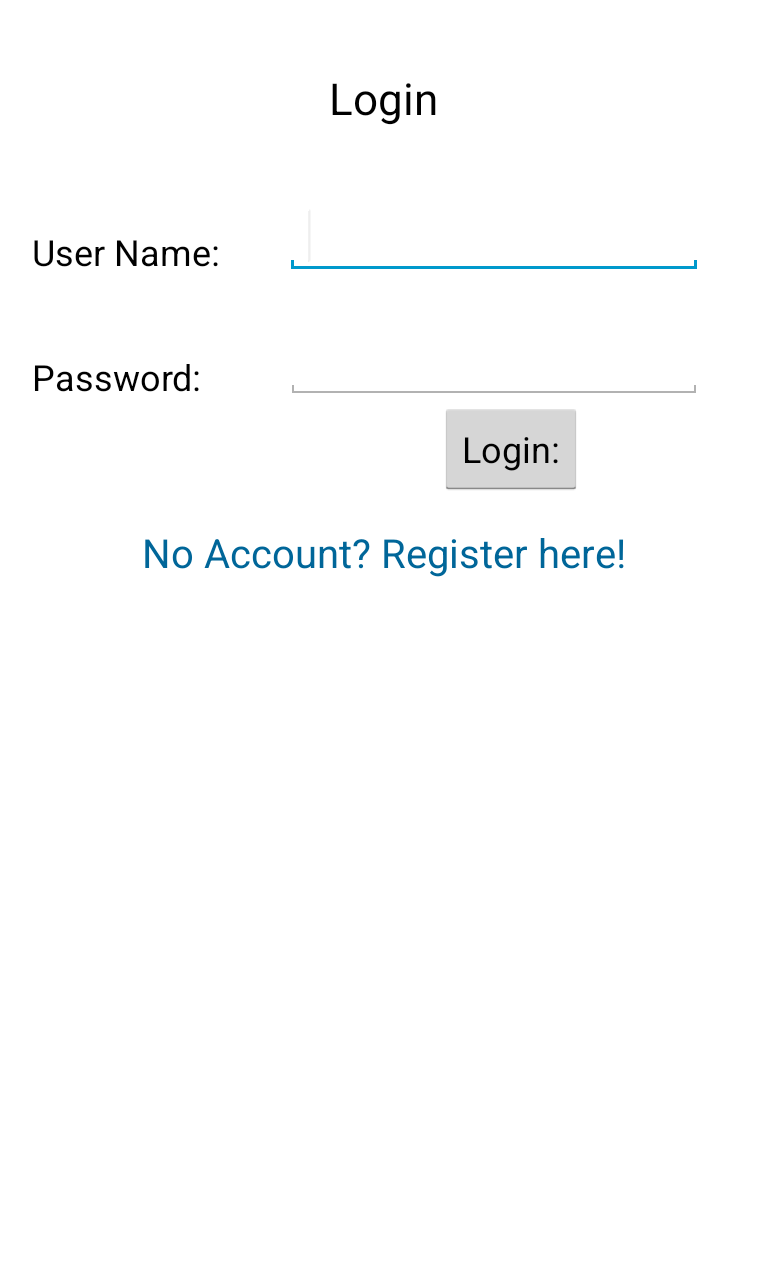
Repository: chrisberry/WebAPIWithAndroidUI
Layout: PeopleAPIAndroid/PeopleAPI/res/layout/login_main.xml
An editor plug-in stored every save of this project. The layout is shown before and after the next save, followed by the edit.
It is drawn on a 768 x 1280 px phone screen (xhdpi) without system bars, with theme AppTheme; the app's code is not run.

Above is the layout before, as saved 2014-02-11 18:26:57.

### PeopleAPIAndroid/PeopleAPI/res/layout/login_main.xml
<RelativeLayout xmlns:android="http://schemas.android.com/apk/res/android"
    xmlns:tools="http://schemas.android.com/tools"
    android:layout_width="match_parent"
    android:layout_height="match_parent"
    android:paddingBottom="@dimen/activity_vertical_margin"
    android:paddingLeft="@dimen/activity_horizontal_margin"
    android:paddingRight="@dimen/activity_horizontal_margin"
    android:paddingTop="@dimen/activity_vertical_margin" android:onClick="editActions"
    tools:context=".LoginMainActivity" >
    <TextView
      android:id="@+id/textView1"
      android:layout_width="wrap_content"
      android:layout_height="wrap_content"
      android:layout_alignParentTop="true"
      android:layout_centerHorizontal="true"
      android:layout_marginTop="18dp"
      android:text="@string/login_tile"
      android:textAppearance="?android:attr/textAppearanceLarge" />

   <TextView
      android:id="@+id/textView2"
      android:layout_width="wrap_content"
      android:layout_height="wrap_content"
      android:layout_alignParentLeft="true"
      android:layout_below="@+id/textView1"
      android:layout_marginTop="50dp"
      android:text="@string/username"

      android:textAppearance="?android:attr/textAppearanceMedium" />

   <EditText
      android:id="@+id/editText1"
      android:layout_width="wrap_content"
      android:layout_height="wrap_content"
      android:layout_alignBottom="@+id/textView2"
      android:layout_marginLeft="32dp"

      android:layout_toRightOf="@+id/textView2"
      android:ems="10" >

      <requestFocus />
   </EditText>

   <TextView
      android:id="@+id/textView3"
      android:layout_width="wrap_content"
      android:layout_height="wrap_content"
      android:layout_alignLeft="@+id/textView2"
      android:layout_below="@+id/textView2"
      android:layout_marginTop="38dp"
      android:text="@string/password"
      android:textAppearance="?android:attr/textAppearanceMedium" />

   <EditText
      android:id="@+id/editText2"
      android:layout_width="wrap_content"
      android:layout_height="wrap_content"
      android:layout_alignBottom="@+id/textView3"
      android:layout_alignLeft="@+id/editText1"
      android:ems="10"
      android:inputType="textPassword" />

    <Button
        android:id="@+id/button1"
        android:layout_width="wrap_content"
        android:layout_height="wrap_content"
        android:layout_below="@+id/editText2"
        android:layout_toRightOf="@+id/textView1"
        android:onClick="login"
        android:text="@string/login" />

    <TextView
        style="@style/CodeFont"
        android:layout_width="wrap_content"
        android:layout_height="wrap_content"
        android:layout_below="@+id/button1"
        android:layout_centerHorizontal="true"
        android:layout_marginTop="14dp"
        android:onClick="showRegister"
        android:text="@string/register_prompt"
        android:textSize="20sp" />

</RelativeLayout>

### PeopleAPIAndroid/PeopleAPI/res/values/styles.xml
<resources>

    <!--
        Base application theme, dependent on API level. This theme is replaced
        by AppBaseTheme from res/values-vXX/styles.xml on newer devices.


    -->
    <style name="AppBaseTheme" parent="android:Theme.Light">
        <!--
            Theme customizations available in newer API levels can go in
            res/values-vXX/styles.xml, while customizations related to
            backward-compatibility can go here.


        -->
    </style>

    <!-- Application theme. -->
    <style name="AppTheme" parent="AppBaseTheme">
        <!-- All customizations that are NOT specific to a particular API-level can go here. -->

    </style>

    <style name="CodeFont" parent="@android:style/TextAppearance.Medium">
        <item name="android:layout_width">fill_parent</item>
        <item name="android:layout_height">wrap_content</item>
        <item name="android:textColor">#006699</item>
        <item name="android:typeface">sans</item>
    </style>

</resources>

### PeopleAPIAndroid/PeopleAPI/res/values/strings.xml
<?xml version="1.0" encoding="utf-8"?>
<resources>
    <string name="app_name">People API</string>
    <string name="action_settings">Settings</string>
    <string name="hello_world">Hello world!</string>
    <string name="login_tile">Login</string>
    <string name="register_tile">Register</string>
    <string name="register_prompt">No Account? Register here!</string>
    <string name="password">Password:</string>
    <string name="login">Login:</string>
    <string name="username">User Name:</string>
</resources>

Loaded but not shown: PeopleAPIAndroid/PeopleAPI/res/values-v11/styles.xml (common file); PeopleAPIAndroid/PeopleAPI/res/values-v14/styles.xml (common file); PeopleAPIAndroid/PeopleAPI/res/values/dimens.xml (common file)

After the next save:
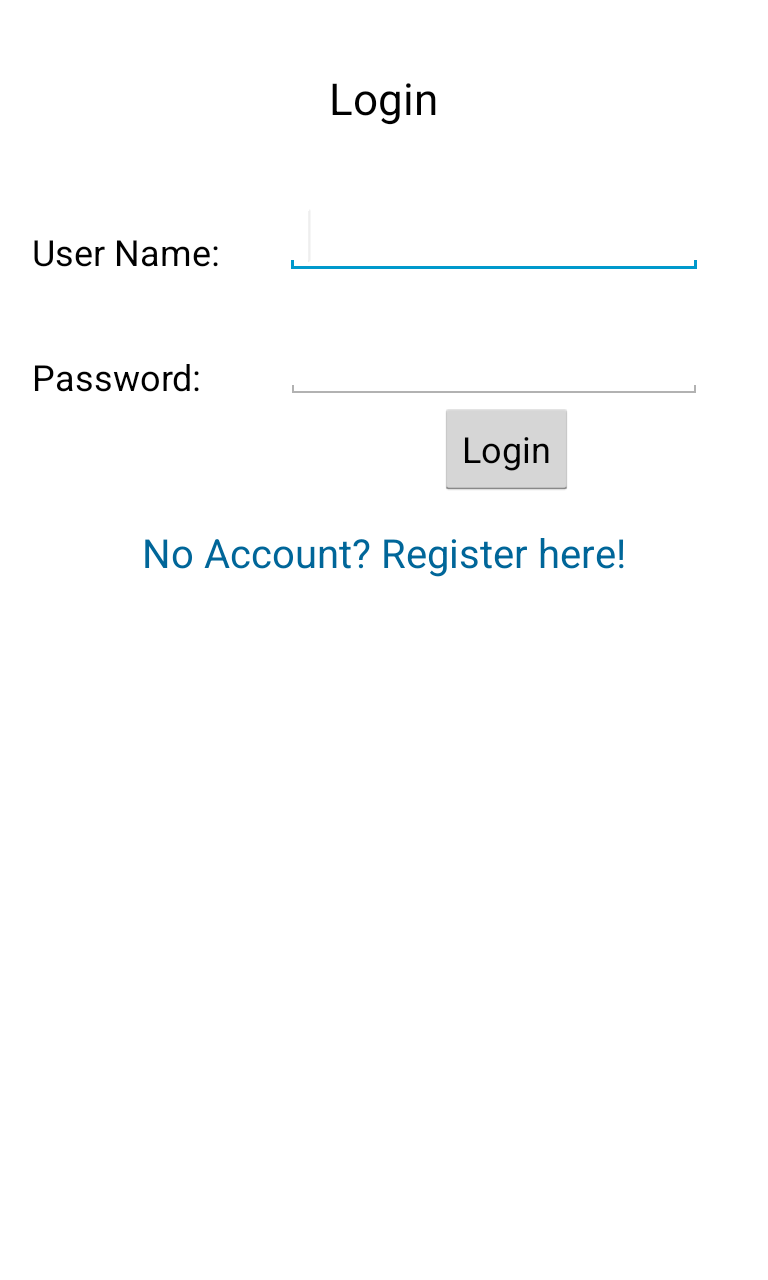
Saved 33 s later.
--- a/PeopleAPIAndroid/PeopleAPI/res/values/strings.xml
+++ b/PeopleAPIAndroid/PeopleAPI/res/values/strings.xml
@@ -7,6 +7,6 @@
     <string name="register_tile">Register</string>
     <string name="register_prompt">No Account? Register here!</string>
     <string name="password">Password:</string>
-    <string name="login">Login:</string>
+    <string name="login">Login</string>
     <string name="username">User Name:</string>
 </resources>
